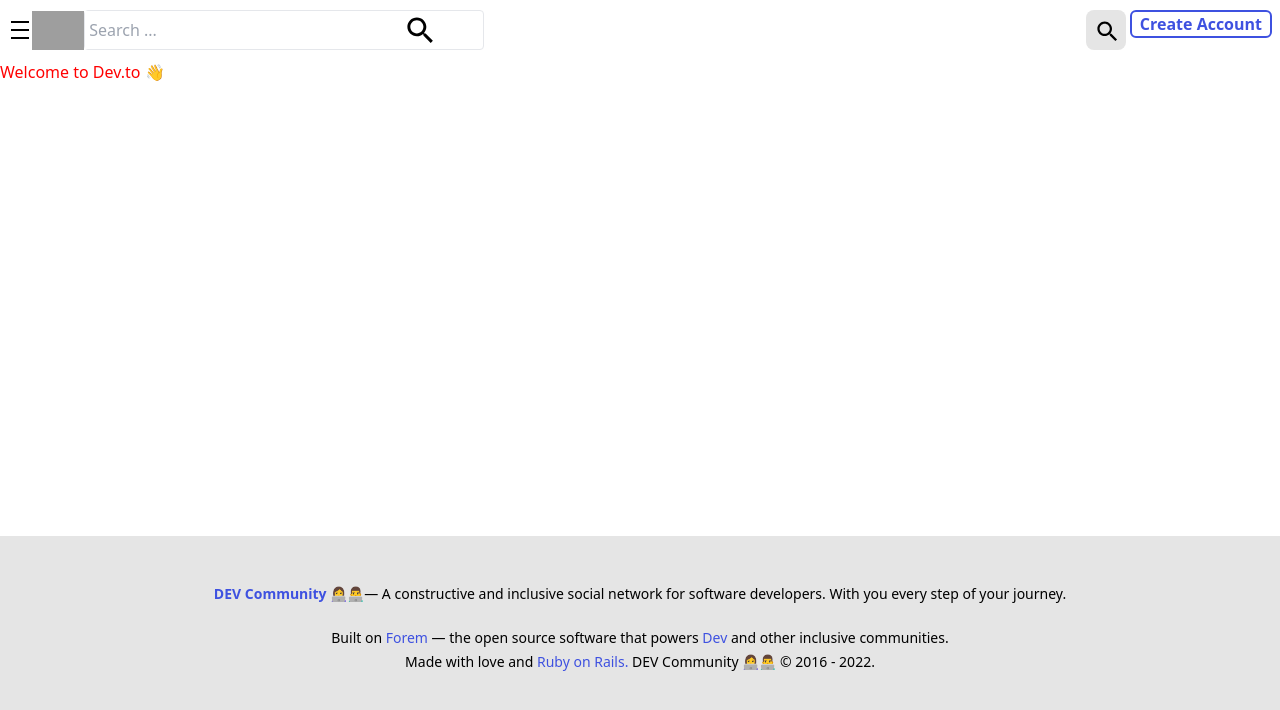
Repository: dat-nguyen-2001/dev.to-stopped-
Page: / (app in client/)
The author's editor kept a copy of each file at every save. The page is drawn from the files as they stood at one save, then again after the next save.
The browser window is 1280 px wide. The pictures show the whole page.
Pictures or frames that could not be fetched are drawn as grey boxes. The project was rebuilt for these pictures with package versions that can differ from the ones it lists, and the page was loaded fresh each time. The framework's server and built-in components were replaced by stand-ins that run in the browser. Also part of the build but not shown: client/next.config.js.

Above is the page before, as saved 2022-09-18 14:44:12.

### client/pages/_app.tsx
import React from 'react'
import { AppProps } from 'next/app'


import '../styles/index.css'

function MyApp({ Component, pageProps }: AppProps) {
  return <Component {...pageProps} />
}

export default MyApp

### client/pages/index.tsx
import Layout from '../components/Layout'

const IndexPage = () => (
  <Layout title="DEV Community 👩‍💻👨‍💻">
    <h1 className='text-[red]'>Welcome to Dev.to 👋</h1>
  </Layout>
)

export default IndexPage

### client/styles/index.css
@tailwind base;
@tailwind components;
@tailwind utilities;

.nav-wrapper {
    justify-content: space-between;
}

### client/components/Layout.tsx
import React, { ReactNode } from 'react'
import Head from 'next/head'
import Footer from './Footer'
import NavBar from './nav/NavBar'

interface Props {
  children?: ReactNode
  title?: string
}

const Layout = ({ children, title = 'This is the default title' }: Props) => (
  <div>
    <Head>
      <title>{title}</title>
      <meta charSet="utf-8" />
      <meta name="viewport" content="initial-scale=1.0, width=device-width" />
      <link rel="icon" href="dev.to.png" />
    </Head>
    <NavBar />
    {children}
    <Footer />
  </div>
)

export default Layout

### client/components/Footer.tsx
import Link from "next/link"



const Footer = () => {

    return (
        <div className="fixed bottom-0 w-screen bg-[#e5e5e5] text-sm">
            <div className="max-w-[1024px] m-auto text-center my-12 flex flex-col space-y-1">
                <p className="mb-5">
                    <span className="text-[#3e51e0] font-bold hover:underline">
                        <Link href={'/'}>
                            DEV Community 👩‍💻👨‍💻
                        </Link>
                    </span>
                    — A constructive and inclusive social network for software developers. With you every step of your journey.
                </p>
                <p>
                    Built on
                    <span> </span>
                    <span className="text-[#3e51e0] hover:underline">
                        <Link href={'https://forem.com/'}>
                            <a target="_blank" rel="noopener noreferrer">
                                Forem
                            </a>
                        </Link>
                    </span> — the open source software that powers
                    <span> </span>
                    <span className="text-[#3e51e0] hover:underline">
                        <Link href={'/'}>
                            Dev
                        </Link>
                    </span> and other inclusive communities.
                </p>
                <p>
                    Made with love and
                    <span> </span>
                    <span className="text-[#3e51e0] hover:underline">
                        <Link href={'https://rubyonrails.org/'}>
                            <a target="_blank" rel="noopener noreferrer">
                                Ruby on Rails.
                            </a>
                        </Link>
                    </span> DEV Community 👩‍💻👨‍💻 © 2016 - 2022.
                </p>
            </div>
        </div>)
}

export default Footer

### client/components/nav/NavBar.tsx
import GuestNav from "./GuestNav";
import DensityMediumIcon from '@mui/icons-material/DensityMedium'; import Link from "next/link";
import SearchIcon from '@mui/icons-material/Search';

const NavBar = () => {
    return (
        <div className="flex nav-wrapper w-screen h-[60px] px-2">
            <div className="flex items-center space-x-3 h-[70%] my-auto md:space-x-0">
                <DensityMediumIcon className="my-auto cursor-pointer md:hidden" />
                <Link href={'/'}>
                    <img src="https://dev-to-uploads.s3.amazonaws.com/uploads/logos/resized_logo_UQww2soKuUsjaOGNB38o.png" width={52} />
                </Link>
                <div className="w-[400px] flex items-center text-center h-[40px] border-[1.5px] rounded">
                    <input
                        placeholder=" Search ..."
                        className=" w-[80%] h-[100%] outline-none" />
                    <SearchIcon fontSize='large' />
                </div>
            </div>
            <div className="flex items-center">
                <GuestNav />
            </div>
        </div>
    )
}

export default NavBar

### client/components/nav/GuestNav.tsx
import SearchIcon from '@mui/icons-material/Search';
import Link from 'next/link';

const GuestNav = () => {
    return (
        <div className='flex space-x-1'>
            <div className='w-10 h-10 bg-[#e5e5e5] rounded-lg cursor-pointer'>
                <SearchIcon fontSize='large' className='my-auto pt-2 pl-2' />
            </div>
            <Link href={"/register"}>
                <button className='border-solid border-[#3e51e0] border-2 px-2 rounded-md text-[#3e51e0] font-semibold hover:bg-[#3e51e0] hover:text-white hover:underline'>
                    Create Account
                </button>
            </Link>
        </div>
    )
}

export default GuestNav

Loaded but not shown: client/tailwind.config.js (common file)

After the next save:
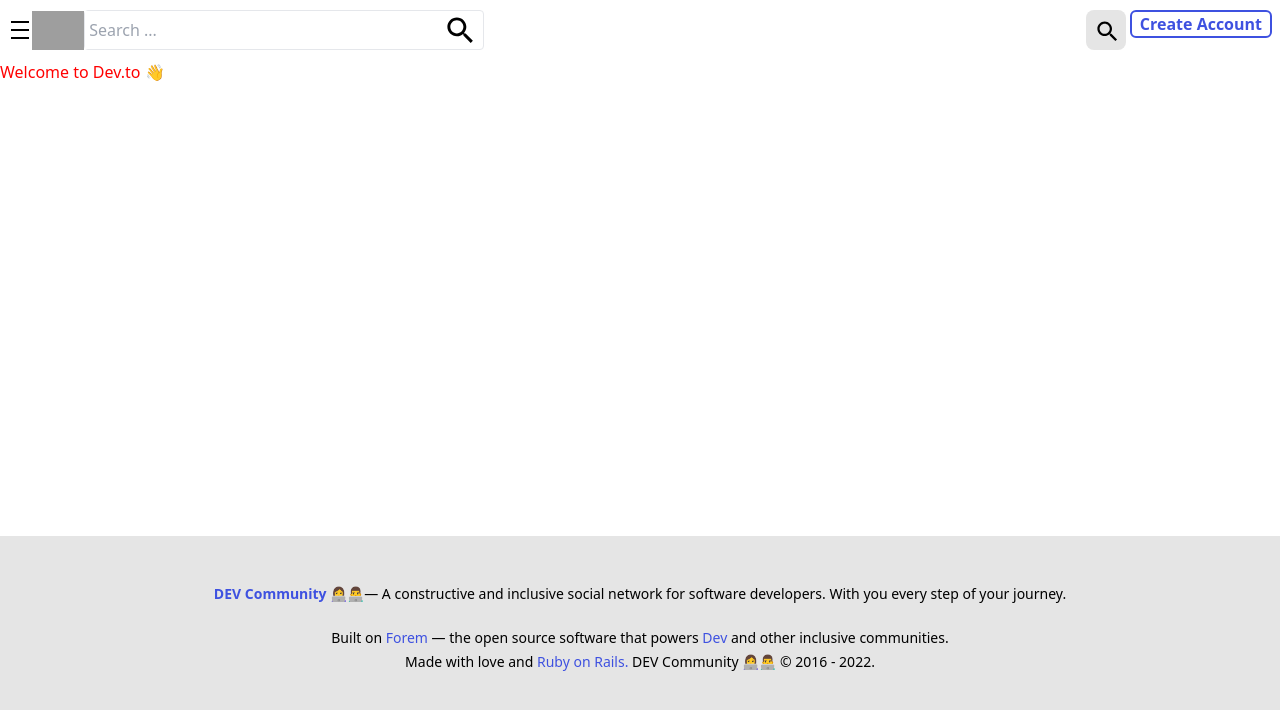
Saved 9 s later.
--- a/client/components/nav/NavBar.tsx
+++ b/client/components/nav/NavBar.tsx
@@ -13,7 +13,7 @@
                 <div className="w-[400px] flex items-center text-center h-[40px] border-[1.5px] rounded">
                     <input
                         placeholder=" Search ..."
-                        className=" w-[80%] h-[100%] outline-none" />
+                        className=" w-[90%] h-[100%] outline-none" />
                     <SearchIcon fontSize='large' />
                 </div>
             </div>
